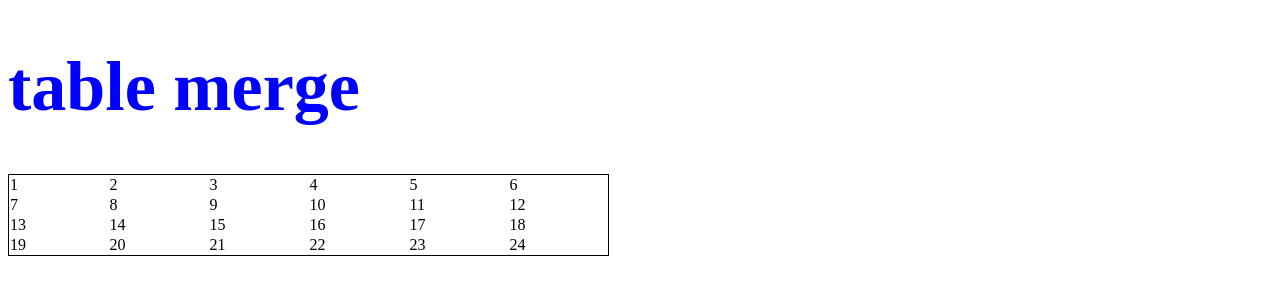
Repository: keeka2/webPractice
Page: MyStudy/HTML_Study/work/0821/WebContent/ex6.html
These files come from the project's save history. The page is drawn as it stood at one moment and after the next save; the edit follows.
The browser window is 1280 px wide. The pictures show the whole page.

Above is the page before, as saved 2020-08-21 06:53:51.

After the next save:
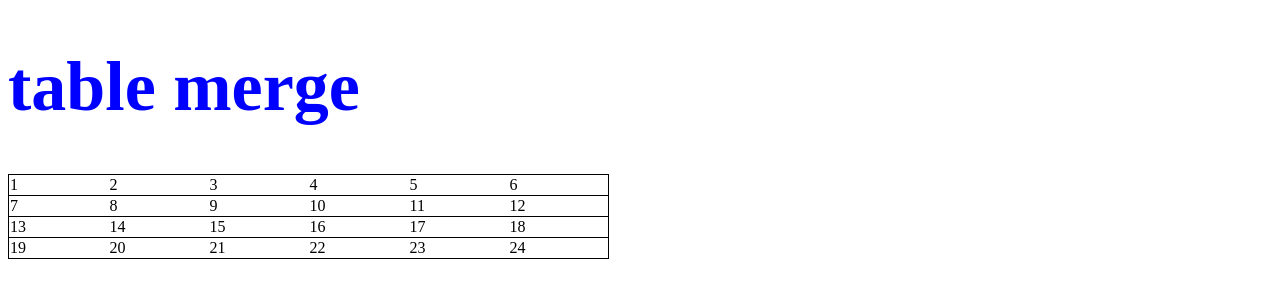
Saved 31 s later.
--- a/MyStudy/HTML_Study/work/0821/WebContent/ex6.html
+++ b/MyStudy/HTML_Study/work/0821/WebContent/ex6.html
@@ -13,6 +13,9 @@
 		table: 1000px;
 		border: 1px solid black;
 		border-collapse: collapse;
+	}
+	tr{
+		border: 1px solid black;
 	}
 </style>
 
